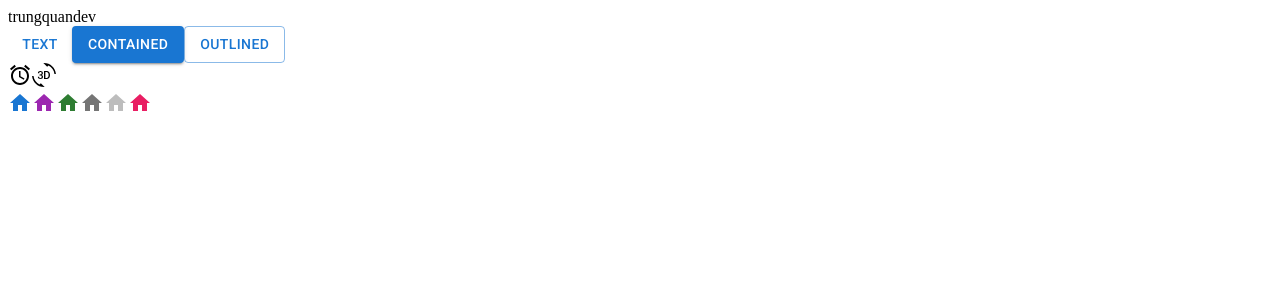
Repository: VoPhamKhanhTruong/trello-web
Page: /
These files come from the project's save history. The page is drawn as it stood at one moment and after the next save; the edit follows.
The browser window is 1280 px wide. The pictures show the whole page.
The project was rebuilt for these pictures with package versions that can differ from the ones it lists, and the page was loaded fresh each time. Also part of the build but not shown: vite.config.js.

Above is the page before, as saved 2024-08-07 10:26:39.

### src/main.jsx
import React from 'react'
import ReactDOM from 'react-dom/client'
import App from './App.jsx'
import './index.css'
import CssBaseline from '@mui/material/CssBaseline'

ReactDOM.createRoot(document.getElementById('root')).render(
  <React.StrictMode>
    <App />
  </React.StrictMode>,
)

### src/App.jsx
import Button from '@mui/material/Button';
import AccessAlarmIcon from '@mui/icons-material/AccessAlarm';
import ThreeDRotation from '@mui/icons-material/ThreeDRotation';
import HomeIcon from '@mui/icons-material/Home';
import { pink } from '@mui/material/colors';

function App() {
  return (
    <>
      <div>trungquandev</div>
      <Button variant="text">Text</Button>
      <Button variant="contained">Contained</Button>
      <Button variant="outlined">Outlined</Button>

      <br />

      <AccessAlarmIcon />
      <ThreeDRotation />

      <br />
      <HomeIcon color="primary" />
      <HomeIcon color="secondary" />
      <HomeIcon color="success" />
      <HomeIcon color="action" />
      <HomeIcon color="disabled" />
      <HomeIcon sx={{ color: pink[500] }} />
    </>
  );
}

export default App;

### src/index.css
:root {
  /* font-family: 'Roboto',sans-serif; */
}

Loaded but not shown: index.html (common file); src/theme.js (common file)

After the next save:
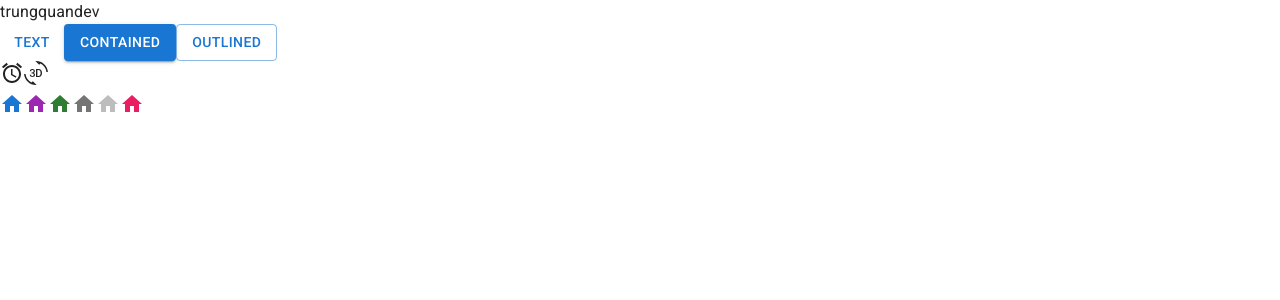
Saved 53 s later.
--- a/src/main.jsx
+++ b/src/main.jsx
@@ -1,11 +1,13 @@
 import React from 'react'
 import ReactDOM from 'react-dom/client'
 import App from './App.jsx'
-import './index.css'
 import CssBaseline from '@mui/material/CssBaseline'
+import { ThemeProvider } from '@mui/material/styles'
+import theme from './theme'
 
 ReactDOM.createRoot(document.getElementById('root')).render(
   <React.StrictMode>
+    <CssBaseline />
     <App />
   </React.StrictMode>,
 )
